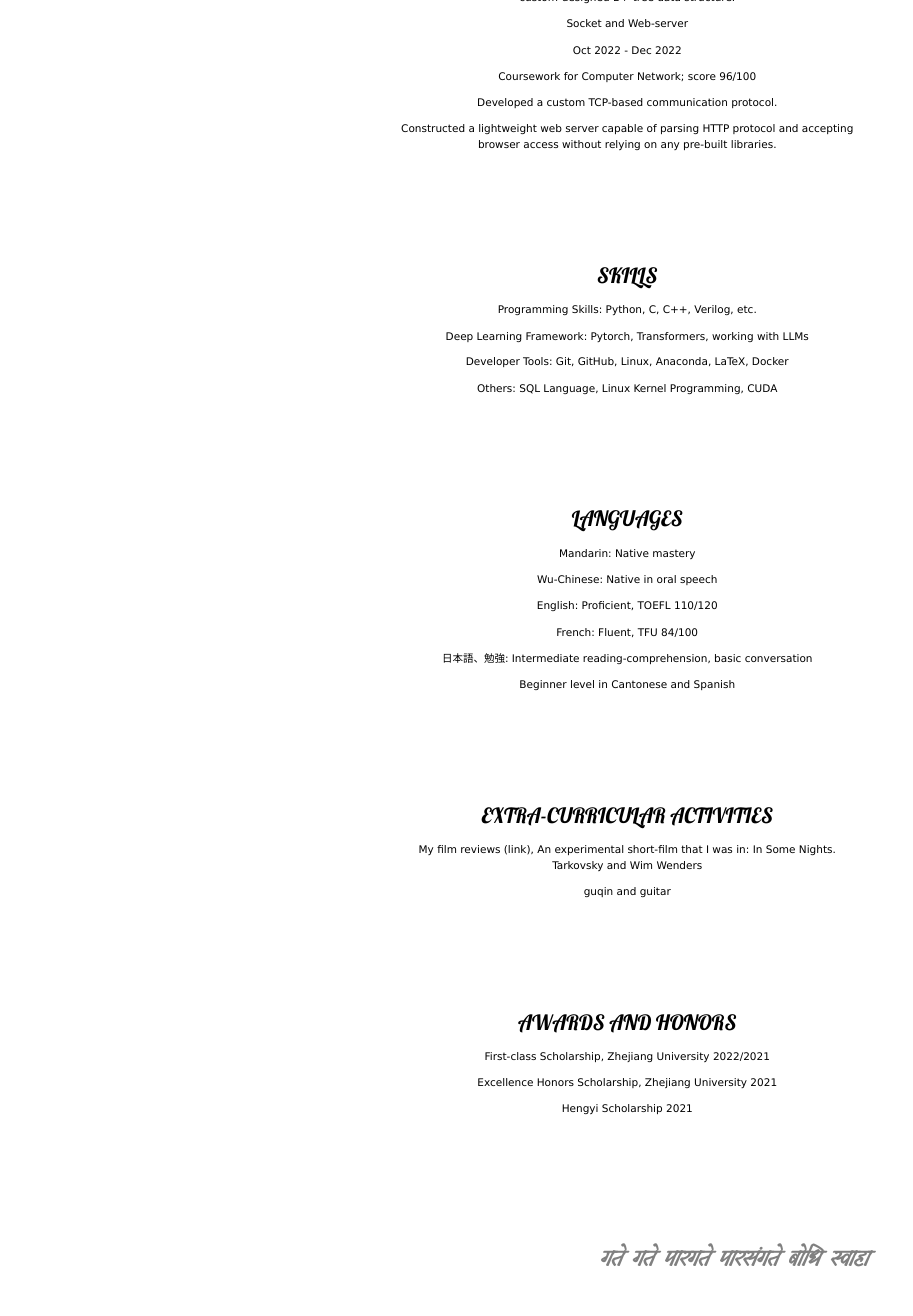
Repository: Ej-zhou/ej-zhou.github.io
Page: index.html
These files come from the project's save history. The page is drawn as it stood at one moment and after a run of saves; the edit follows.
The browser window is 1280 px wide. The page is 1304 px wide, so the pictures cover 1304 px, including what lies to the right of the window. The pictures show the part of the page from y = 4150 to 6030 px (the page is 6276 px tall), at 70% of full size.
Some web fonts or font styles are not loaded; a fallback is used.

Above is the page before, as saved 2023-08-12 15:36:18.

### index.html
<!DOCTYPE html>

<html>
<head>
<title>
     Zhou, Ej
    </title>
<meta charset="utf-8"/>
<meta content="width=device-width, initial-scale=1" name="viewport"/>
<link href="https://www.w3schools.com/w3css/4/w3.css" rel="stylesheet"/>
<link href="https://fonts.googleapis.com/css?family=Lobster" rel="stylesheet"/>
<link href="https://cdnjs.cloudflare.com/ajax/libs/font-awesome/4.7.0/css/font-awesome.min.css" rel="stylesheet"/>
<link href="https://fonts.googleapis.com/css2?family=Noto+Sans+SC&amp;display=swap" rel="stylesheet"/>
<style>
     /* body, h1, h2, h3, h4, h5, h6 {font-family: "Lobster", sans-serif} */
     h1, h2, h3, h4, h5, h6 {font-family: "Lobster", sans-serif}
     .w3-row-padding img {margin-bottom: 12px}
     /* .bgimg {
       background-position: center;
       background-repeat: no-repeat;
       background-size: cover;
       background-image: url('https://www.w3schools.com/w3images/profile_girl.jpg');
       min-height: 100%;
     } */
    @font-face {
      font-family: 'YanShiFoXiTi';
      src: url('fonts/YanShiFoXiTi/Slidefu-Regular-2.ttf'); /* Change the extension to match your file */
    }

    @font-face {
    font-family: 'Aakar Regular';
    src: url('fonts/Aakar Regular/Aakar Regular.ttf') format('truetype'); /* Update the path if needed */
    }

    @font-face {
        font-family: 'vesper_libre';
        src: url("fonts/Vesper_Libre/VesperLibre-Bold.ttf");
    }

    @font-face {
        font-family: 'kalam';
        src: url("fonts/Kalam/Kalam-Bold.ttf");
    }


    @font-face {
        font-family: 'Kurale';
        src: url("fonts/Kurale/Kurale-Regular.ttf");
    }

    @font-face {
        font-family: "Tillana";
        src: url("fonts/Tillana/Tillana-Regular.ttf");
    }


    @font-face {
        font-family: "hentaigana";
        src: url('fonts/Yuji_Hentaigana_Akebono/YujiHentaiganaAkebono-Regular.ttf');
    }

    @font-face {
        font-family: 'tegaki';
        src: url('fonts/851-tegaki-zatsu/851tegaki_zatsu_normal_0883.ttf');
    }

     .chinese {
      font-family: 'YanShiFoXiTi', sans-serif;
    }

    .japanese {
        font-family: 'tegaki';
    }

    .sanskrit {
        font-family: 'Tillana';
        font-size: 33px; /* Set the font size to your desired value */
        font-style: italic;
        font-weight: bold; /* Make the text bold */
        text-align: right; /* Center align the text */
        display: block; /* Make the span a block element to occupy the full width */
        margin: 10px 0; /* Add some margin to separate it from other elements */
        color: gray; /*Set the color to your preference*/
    }
  /* Other CSS rules */

    /* Style for the sidebar container */
    .sidebar {
    width: 600px; /* Same as the desired image width */
    position: fixed; /* Fixed position */
    top: 0; /* Align with the top of the viewport */
    height: 100%; /* Full height */
    overflow: auto; /* Enable scrolling inside the sidebar */
    display: flex; /* Enable flexbox for centering */
    align-items: center; /* Center vertically */
    justify-content: center; /* Center horizontally */
    }

    /* Style for the image container */
    .image-container {
    width: 100%; /* Take up full width of the sidebar */
    text-align: left; /* Center the image horizontally */
    }



    .question-mark {
      cursor: pointer;
      font-weight: bold;
      color: gray; /* Change the color as needed */
      font-size: 40%; /* Adjust the font size to make it smaller */
      vertical-align: top; /* Display the question mark as a superscript */
    }

    .tooltip {
    display: none;
    position: absolute;
    background-color: #f9f9f9;
    padding: 5px;
    border: 1px solid #ccc;
    border-radius: 4px;
    box-shadow: 2px 2px 5px rgba(0, 0, 0, 0.1);
    font-size: 20%; /* Set to the desired font size */
    font-weight: normal; /* Set the font weight to normal */
    font-style: normal; /* Set the font style to normal */
    font-family: "Times New Roman", serif /* Set the desired font family */
    }


</style>
</head>
<!-- <body><div class="sidebar"><div class="image-container"><img alt="here should be a photo" height="400" src="pics/IMG_2185.JPG" width="600"/></div></div> -->
<body><div class="sidebar"><div class="image-container"><img alt="here should be a photo"  src="pics/photo.jpeg" width="550"/></div></div>
<!-- Sidebar with image -->
<!-- <nav class="w3-sidebar w3-hide-medium w3-hide-small" style="width:40%"> -->
<!-- <div class="bgimg"> -->
<!-- </div> -->
<!-- </nav> -->
<!-- Hidden Sidebar (reveals when clicked on menu icon)-->
<!-- <nav class="w3-sidebar w3-black w3-animate-right w3-xxlarge" id="mySidebar" style="display:none;padding-top:150px;right:0;z-index:2">
   <a class="w3-button w3-black w3-xxxlarge w3-display-topright" href="javascript:void(0)" onclick="closeNav()" style="padding:0 12px;">
    <i class="fa fa-remove">
    </i>
   </a>
   <div class="w3-bar-block w3-center">
    <a class="w3-bar-item w3-button w3-text-grey w3-hover-black" href="#" onclick="closeNav()">
     Home
    </a>
    <a class="w3-bar-item w3-button w3-text-grey w3-hover-black" href="#portfolio" onclick="closeNav()">
     Portfolio
    </a>
    <a class="w3-bar-item w3-button w3-text-grey w3-hover-black" href="#about" onclick="closeNav()">
     About
    </a>
    <a class="w3-bar-item w3-button w3-text-grey w3-hover-black" href="#contact" onclick="closeNav()">
     Contact
    </a>
   </div>
  </nav> -->

<!-- Page Content -->
<div class="w3-main w3-padding-large" style="margin-left:40%">
<!-- Menu icon to open sidebar -->
<span class="w3-button w3-top w3-white w3-xxlarge w3-text-grey w3-hover-text-black" onclick="openNav()" style="width:auto;right:0;">
<i class="fa fa-bars">
</i>
</span>
<!-- Header -->
<header class="w3-container w3-center" id="home" style="padding:128px 16px">

<h1 class="w3-jumbo">
    <b> <span class="chinese">周逸杰</span>           </b>
</h1>



<h1 class="w3-jumbo">
<b>
        ZHOU, EJ
      </b>
      <span class="question-mark">?</span>
      <span class="tooltip">
        My given name is <i>Yijie</i>, and my family name <i>Zhou</i>. <i>Ej</i> is my preferred name, and <b>we</b> put our family name in the front.
      </span>




</h1>
<p>
     Where shall I begin...
    </p>
<!-- <img class="w3-image w3-hide-large w3-hide-small w3-round" src="https://www.w3schools.com/w3images/profile_girl.jpg" style="display:block;width:60%;margin:auto;"/> -->
<!-- <img class="w3-image w3-hide-large w3-hide-medium w3-round" height="1333" src="https://www.w3schools.com/w3images/profile_girl.jpg" width="1000">
<button class="w3-button w3-light-grey w3-padding-large w3-margin-top">
<i class="fa fa-download">
</i>
      CV
    </button>
</img></header> -->
<!-- Portfolio Section -->
<!-- <div class="w3-padding-32 w3-content" id="portfolio">
    <h2 class="w3-text-grey">
     My Portfolio
    </h2>
    <hr class="w3-opacity"/> -->
<!-- Grid for photos -->
<!-- <div class="w3-row-padding" style="margin:0 -16px"> -->
<!-- <div class="w3-half">
      <img src="https://www.w3schools.com/w3images/wedding.jpg" style="width:100%"/>
      <img src="https://www.w3schools.com/w3images/rocks.jpg" style="width:100%"/>
      <img src="https://www.w3schools.com/w3images/sailboat.jpg" style="width:100%"/>
     </div>
     <div class="w3-half">
      <img src="https://www.w3schools.com/w3images/underwater.jpg" style="width:100%"/>
      <img src="https://www.w3schools.com/w3images/chef.jpg" style="width:100%"/>
      <img src="https://www.w3schools.com/w3images/wedding.jpg" style="width:100%"/>
      <img src="https://www.w3schools.com/w3images/p6.jpg" style="width:100%"/>
     </div> -->
<!-- End photo grid -->
<!-- </div> -->
<!-- End Portfolio Section -->
<!-- </div> -->
<!-- About Section -->
<div class="w3-content w3-justify w3-text-grey w3-padding-32" id="about">
<h2>
     About
    </h2>
<hr class="w3-opacity"/>
<p>
    I am an undergraduate student in Zhejiang Unviersity. I am interested in NLP and AI. I am currently working on a project about building a corpus for cross-lingual summarization. I am also interested in the intersection of NLP and other fields, such as psychology and philosophy. I am also interested in the application of NLP in the field of education. I am currently working on a project about building a corpus for cross-lingual summarization. I am also interested in the intersection of NLP and other fields, such as psychology and philosophy. I am also interested in the application of NLP in the field of education. I am currently working on a project about building a corpus for cross-lingual summarization. I am also interested in the intersection of NLP and other fields, such as psychology and philosophy. I am also interested in the application of NLP in the field of education.
    </p>
<h3 class="w3-padding-16">
<!-- My Skills
    </h3>
    <p class="w3-wide">
     Photography
    </p>
    <div class="w3-light-grey">
     <div class="w3-container w3-center w3-padding-small w3-dark-grey" style="width:95%">
      95%
     </div>
    </div>
    <p class="w3-wide">
     Web Design
    </p>
    <div class="w3-light-grey">
     <div class="w3-container w3-center w3-padding-small w3-dark-grey" style="width:85%">
      85%
     </div>
    </div>
    <p class="w3-wide">
     Photoshop
    </p>
    <div class="w3-light-grey">
     <div class="w3-container w3-center w3-padding-small w3-dark-grey" style="width:80%">
      80%
     </div>
    </div>
    <br/>
    <div class="w3-row w3-center w3-dark-grey w3-padding-16 w3-section">
     <div class="w3-quarter w3-section">
      <span class="w3-xlarge">
       14+
      </span> -->
<!-- <br/>
      Partners
     </div>
     <div class="w3-quarter w3-section">
      <span class="w3-xlarge">
       55+
      </span>
      <br/>
      Projects Done
     </div>
     <div class="w3-quarter w3-section">
      <span class="w3-xlarge">
       89+
      </span>
      <br/>
      Happy Clients
     </div>
     <div class="w3-quarter w3-section">
      <span class="w3-xlarge">
       150+
      </span>
      <br/>
      Meetings
     </div>
    </div>
    <button class="w3-button w3-light-grey w3-padding-large w3-section">
     <i class="fa fa-download">
     </i>
     Download Resume -->
<!-- </button> -->
<!-- Testimonials -->
<!-- <h3 class="w3-padding-24">
     My Reputation
    </h3>
    <img alt="Avatar" class="w3-left w3-circle w3-margin-right" src="https://www.w3schools.com/w3images/avatar_smoke.jpg" style="width:80px"/>
    <p>
     <span class="w3-large w3-text-black w3-margin-right">
      Chandler Bing.
     </span>
     Web Designer.
    </p>
    <p>
     Jane Doe is just awesome. I am so happy to have met her!
    </p>
    <br/>
    <img alt="Avatar" class="w3-left w3-circle w3-margin-right" src="https://www.w3schools.com/w3images/bandmember.jpg" style="width:80px"/>
    <p>
     <span class="w3-large w3-text-black w3-margin-right">
      Chris Fox.
     </span>
     CEO at Mighty Schools.
    </p>
    <p>
     Jane Doe saved us from a web disaster.
    </p>
    <br/>
    <img alt="Avatar" class="w3-left w3-circle w3-margin-right" src="https://www.w3schools.com/w3images/avatar_g2.jpg" style="width:80px"/>
    <p>
     <span class="w3-large w3-text-black w3-margin-right">
      Rebecca Flex.
     </span>
     CEO at Company.
    </p>
    <p>
     No one is better than Jane Doe.
    </p>
    <br/> -->
<!-- Grid for pricing tables -->
<!-- End About Section -->
<!-- </div> -->
<!--
  <script>
   // Open and close sidebar
function openNav() {
  document.getElementById("mySidebar").style.width = "60%";
  document.getElementById("mySidebar").style.display = "block";
}

function closeNav() {
  document.getElementById("mySidebar").style.display = "none";
}
  </script>
  <div class="w3-container w3-padding-64 w3-center"> -->

<br><br><br><br>
<!-- <h1 class="w3-jumbo">
    <b> <span class="chinese">若以色见我，以音声求我，是人行邪道，不能见如来。</span>           </b>
</h1> -->

<!-- <h1 class="w3-jumbo">
    <b> <span class="chinese">凡所有相，皆是虚妄。<br> 若见诸相非相，即见如来。</span>           </b>
</h1> -->

<h1 class="w3-jumbo">
    <b> <span class="chinese">远离颠倒梦想，究竟涅槃。</span>           </b>
</h1>

<!--
<h1 class="w3-jumbo">
    <b> <span class="chinese">无苦、集、灭、道，无智亦无得</span>           </b>
</h1>  -->


<p>
</p>
</h3></div>
<div class="w3-container w3-padding-64 w3-center">
<h2>
    EDUCATION BACKGROUND
   </h2>
   <hr class="w3-opacity"/>
<p>
    College of Computer Science and Technology Hangzhou, China &amp; CKC Honors College, Zhejiang University
   </p>
<p>
    Sept 2020 - Jun 2024(Expected)
   </p>
<p>
    Bachelor of Science in Computer Science
   </p>
<p>
    Overall GPA: 3.99/4.0; 91.19/100 Major GPA: 4.0/4.0
   </p>
<p>
    GRE: 330 + AW4.0
   </p>
<p>
    WestLake NLP Lab, Westlake University Hangzhou, China
   </p>
<p>
    Research Internship &amp; Visiting Student Sept 2022 - Jan 2023
   </p>
<p>
    College of Engineering, Cornell University Ithaca, NY
   </p>
<p>
    Exchange Student Jan 2023 - May 2023
   </p>
s   <p>
    Courses include: Computational Linguistics, Language and Information, Historical Linguistics
   </p>
</div>



<div class="w3-container w3-padding-64 w3-center">
<h2>
    EXPERIENCE
   </h2>
<p>
    Hangzhou City Brain
   </p>
<p>
    Sept 2022 - Aug 2022
   </p>
<p>
    Internship Hangzhou, China
   </p>
<p>
    Assisted in the maintenance of the Integrated Resources System working on database systems.
   </p>
<p>
    Westlake University
   </p>
<p>
    Sept 2022 - Feb 2023
   </p>
<p>
    Project: Building ConvSumX, an XLS corpus
   </p>
<p>
    Hangzhou, China
   </p>
<p>
    Research Intern in WestLake NLP Lab Advisor: Yue Zhang
   </p>
<p>
    Spearheaded the Corpus-Annotation and Corpus-Evaluation team in the creation of the corpus.
   </p>
<p>
    Conducted experiments by fine-tuning mBART model using various corpora on NVIDIA A100 GPUs.
   </p>
<p>
    Delivered comprehensive analysis of both existing XLS corpora and experimental outcomes
   </p>
<p>
    Paper Writing
   </p>
<p>
    Cornell University
   </p>
<p>
    Feb 2023 - Apr 2023
   </p>
<p>
    Project: Persuasive Chatbot
   </p>
<p>
    Ithaca, NY
   </p>
<p>
    Developed an automated chatbot capable of detecting factual inaccuracies during conversations, and providing accurate information supported by evidence
   </p>
</div>



<div class="w3-container w3-padding-64 w3-center">
<h2>
    PUBLICATION
   </h2>
<p>
    [1] Yulong Chen, Huajian Zhang, Yijie Zhou, Xuefeng Bai, Yueguan Wang, Ming Zhong, Jianhao Yan, Yafu Li, Judy Li, Michael Zhu and Yue Zhang:
   </p>
<p>
    Revisiting Cross-Lingual Summarization: A Corpus-based Study and A New Benchmark with Improvement Annotation, submitted to ACL 2023
   </p>
</div>
<div class="w3-container w3-padding-64 w3-center">
<h2>
    AWARDS AND COMPETITIONS
   </h2>
<p>
    Zhejiang Lab Cup Global AI Competition, Third Prize
   </p>
<p>
    Oct 2021
   </p>
<p>
    Hangzhou, China
   </p>
<p>
    Zhejiang University Programming Contest, Third Prize
   </p>
<p>
    Oct 2021
   </p>
<p>
    Hangzhou, China
   </p>
</div>
<div class="w3-container w3-padding-64 w3-center">
<h2>
    SELECTED COURSE-WORKS
   </h2>
<p>
    Parallel Computing and Neural Networks
   </p>
<p>
    Jul 2021 - Aug 2021
   </p>
<p>
    Coursework for Integrate Practice for Courses I: Supercomputing; score 97/100
   </p>
<p>
    Enhanced GEMM performance by over 100x using OpenMP and MPI on a computing cluster.
   </p>
<p>
    Developed a CNN from scratch using PyTorch for handwriting recognition and object recognition.
   </p>
<p>
    Mini-SQL GitHub
   </p>
<p>
    May 2022 - Jun 2022
   </p>
<p>
    Coursework for Database System; score 98/100
   </p>
<p>
    Developed a compact single-user SQL engine (DBMS) supporting fundamental database operations and implemented an index-manager for record handling using a custom-designed B+-tree data structure.
   </p>
<p>
    Socket and Web-server
   </p>
<p>
    Oct 2022 - Dec 2022
   </p>
<p>
    Coursework for Computer Network; score 96/100
   </p>
<p>
    Developed a custom TCP-based communication protocol.
   </p>
<p>
    Constructed a lightweight web server capable of parsing HTTP protocol and accepting browser access without relying on any pre-built libraries.
   </p>
</div>
<div class="w3-container w3-padding-64 w3-center">
<h2>
    SKILLS
   </h2>
<p>
    Programming Skills: Python, C, C++, Verilog, etc.
   </p>
<p>
    Deep Learning Framework: Pytorch, Transformers, working with LLMs
   </p>
<p>
    Developer Tools: Git, GitHub, Linux, Anaconda, LaTeX, Docker
   </p>
<p>
    Others: SQL Language, Linux Kernel Programming, CUDA
   </p>
</div>
<div class="w3-container w3-padding-64 w3-center">
<h2>
    LANGUAGES
   </h2>
<p>
    Mandarin: Native mastery
   </p>
<p>
    Wu-Chinese: Native in oral speech
   </p>
<p>
    English: Proficient, TOEFL 110/120
   </p>
<p>
    French: Fluent, TFU 84/100
   </p>
<p>
    <span class="japanese"> 日本語、勉強</span>: Intermediate reading-comprehension, basic conversation
   </p>
<p>
    Beginner level in Cantonese and Spanish
   </p>
</div>
<div class="w3-container w3-padding-64 w3-center">
<h2>
    EXTRA-CURRICULAR ACTIVITIES
   </h2>
<p>
    My film reviews (link), An experimental short-film that I was in: In Some Nights. Tarkovsky and Wim Wenders
   </p>
<p>
    guqin and guitar
   </p>
</div>
<div class="w3-container w3-padding-64 w3-center">
<h2>
    AWARDS AND HONORS
   </h2>
<p>
    First-class Scholarship, Zhejiang University 2022/2021
   </p>
<p>
    Excellence Honors Scholarship, Zhejiang University 2021
   </p>
<p>
    Hengyi Scholarship 2021
   </p>
</div>

<!-- Contact Section -->


<!-- <div class="w3-padding-32 w3-content w3-text-grey" id="contact" style="margin-bottom:64px">
<h2>
       Contact Me
      </h2>
<hr class="w3-opacity"/>
<div class="w3-section">
<p>
<i class="fa fa-map-marker fa-fw w3-xxlarge w3-margin-right">
</i>
        New Haven, CT
       </p>
<p>
<i class="fa fa-phone fa-fw w3-xxlarge w3-margin-right">
</i>
        Phone: +1 (607) 327-2411 / +86 188-0671-8188
       </p>
<p>
<i class="fa fa-envelope fa-fw w3-xxlarge w3-margin-right">
</i>
        Email: e.j.zhou@zju.edu.cn / yz2876@cornell.edu
       </p> -->
<br><br><br><br>
<b> <span class="sanskrit">गते गते पारगते पारसंगते बोधि स्वाहा</span>           </b>


</div>
<!-- Image of location/map -->
<!-- <img class="w3-image w3-greyscale" src="https://www.w3schools.com/w3images/map.jpg" style="width:100%;margin:32px 0"/> -->
<!-- <p>
       Lets get in touch. Send me a message:
      </p> -->
<!-- <form action="/action_page.php" target="_blank"> -->
<!-- <p>
<input class="w3-input w3-padding-16 w3-border" name="Name" placeholder="Name" required="" type="text"/>
</p>
<p>
<input class="w3-input w3-padding-16 w3-border" name="Email" placeholder="Email" required="" type="text"/>
</p>
<p>
<input class="w3-input w3-padding-16 w3-border" name="Subject" placeholder="Subject" required="" type="text"/>
</p>
<p>
<input class="w3-input w3-padding-16 w3-border" name="Message" placeholder="Message" required="" type="text"/>
</p>
<p>
<button class="w3-button w3-light-grey w3-padding-large" type="submit">
<i class="fa fa-paper-plane">
</i>
         SEND MESSAGE
        </button>
</p> -->
<!-- </form> -->
<!-- End Contact Section -->


</div>



<!-- Footer. This section contains an ad for W3Schools Spaces. You can leave it to support us. -->

<footer class="w3-container w3-padding-64 w3-light-grey w3-center w3-opacity w3-xlarge" style="margin:-24px">
    <!-- <a href="https://www.facebook.com/yourusername" target="_blank"><i class="fa fa-facebook-official w3-hover-opacity"></i></a> -->
    <!-- <a href="https://www.instagram.com/yourusername" target="_blank"><i class="fa fa-instagram w3-hover-opacity"></i></a> -->
    <!-- <a href="https://www.snapchat.com/yourusername" target="_blank"><i class="fa fa-snapchat w3-hover-opacity"></i></a> -->
    <!-- <a href="https://www.pinterest.com/yourusername" target="_blank"><i class="fa fa-pinterest-p w3-hover-opacity"></i></a> -->
    <a href="https://twitter.com/ej_2876" target="_blank"><i class="fa fa-twitter w3-hover-opacity"></i></a>
    <a href="https://github.com/cyber-e-j" target="_blank"><i class="fa fa-github w3-hover-opacity"></i></a> <!-- GitHub Link -->
    <a href="https://www.linkedin.com/in/ej-zhou-1600a7264/" target="_blank"><i class="fa fa-linkedin w3-hover-opacity"></i></a>
    <!-- <a href="https://scholar.google.com/citations?authuser=1&user=e8yGb7IAAAAJ" target="_blank"><i class="fa-brands fa-google"></i></a> Google Scholar Link -->
    <a href="https://scholar.google.com/citations?authuser=1&user=e8yGb7IAAAAJ" target="_blank"><img width="24" height="24" src="https://img.icons8.com/material-two-tone/384/google-scholar.png" alt="google-scholar" class="w3-hover-opacity" /></a> <!-- Google Scholar Link -->

    <!-- Additional content -->
    <p class="w3-small">
      <!-- This website was made with W3schools Spaces. Make your own free website today! -->
    </p>
    <!-- <a class="w3-button w3-round-xxlarge w3-small w3-dark-grey" href="https://www.w3schools.com/spaces" target="_blank">
       Start now
      </a> -->
    <!-- End footer -->
  </footer>

</div>



<script>
    const questionMark = document.querySelector('.question-mark');
    const tooltip = document.querySelector('.tooltip');

    questionMark.addEventListener('mouseover', () => {
      tooltip.style.display = 'inline-block';
    });

    questionMark.addEventListener('mouseout', () => {
      tooltip.style.display = 'none';
    });

    // Optional: If you want to hide the tooltip when the mouse moves away from it, add the following code
    tooltip.addEventListener('mouseout', () => {
      tooltip.style.display = 'none';
    });
  </script>


</body>

  <!-- END PAGE CONTENT -->
  </html>

After the next 2 saves:
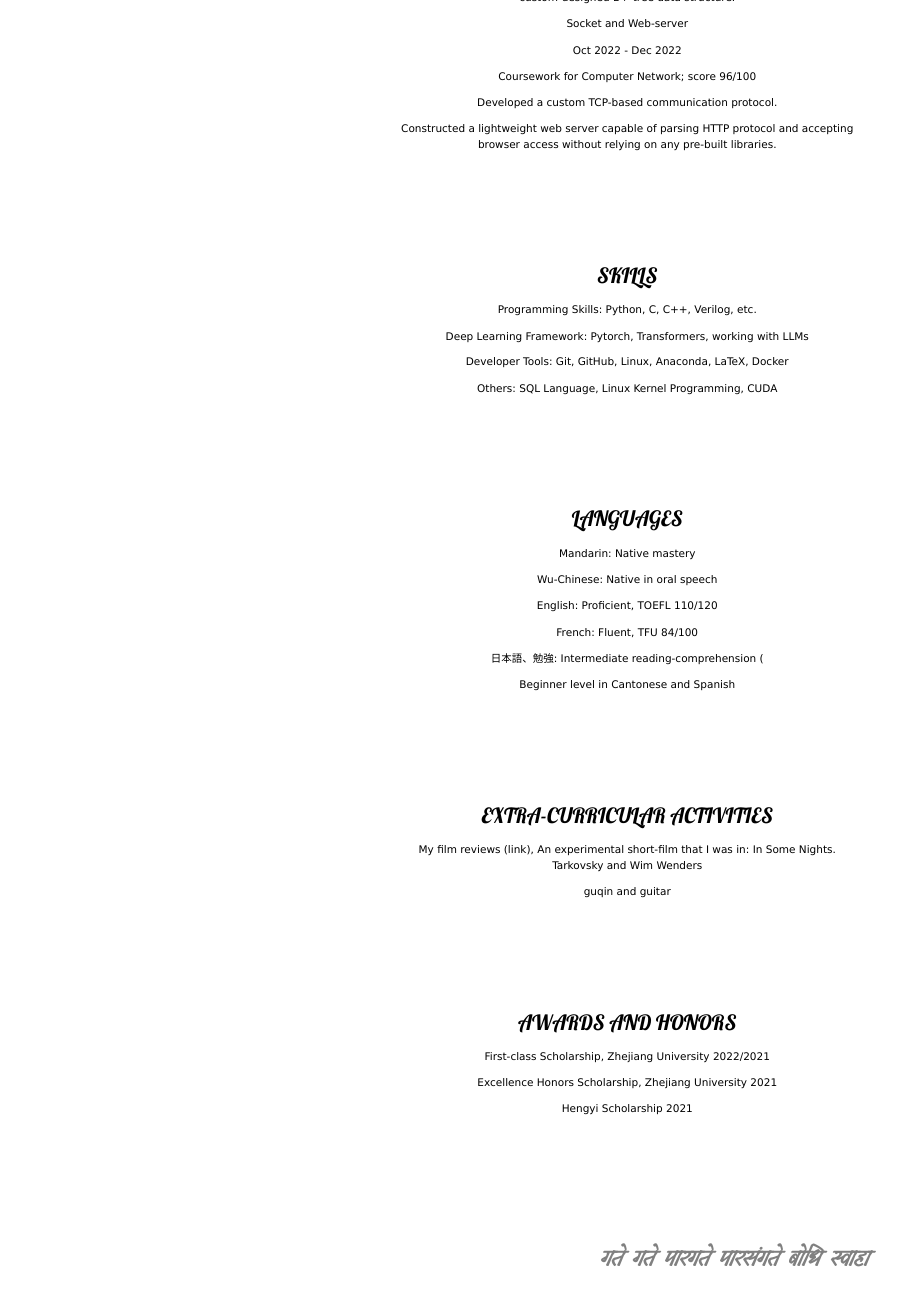
The 2 saves are shown as one change because they came seconds apart.
The last was saved 2 min 45 s later.
--- a/index.html
+++ b/index.html
@@ -585,7 +585,7 @@
     French: Fluent, TFU 84/100
    </p>
 <p>
-    <span class="japanese"> 日本語、勉強</span>: Intermediate reading-comprehension, basic conversation
+    <span class="japanese"> 日本語、勉強</span>: Intermediate reading-comprehension (<span), basic conversation
    </p>
 <p>
     Beginner level in Cantonese and Spanish
